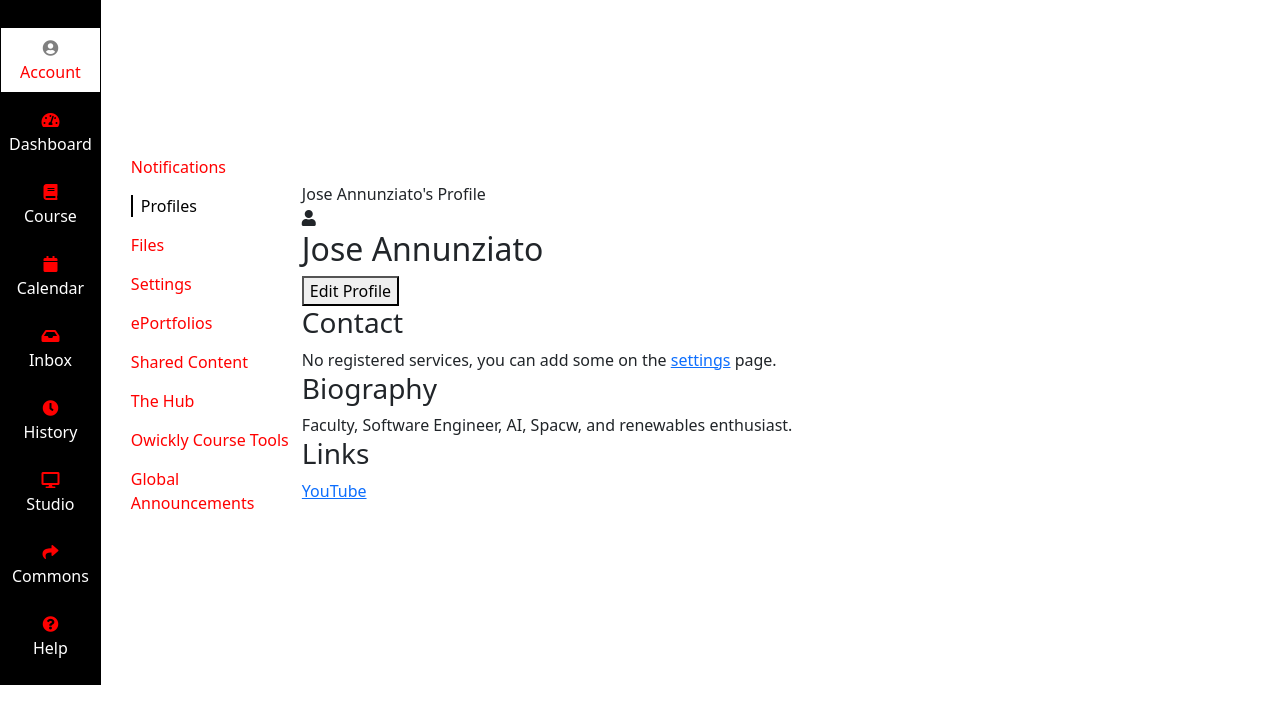
Repository: yuqiant/kanbas-react-web-app
Page: public/kanbas/profile/index.html
These files come from the project's save history. The page is drawn as it stood at one moment and after the next save; the edit follows.
The browser window is 1280 px wide. The pictures show the whole page.

Above is the page before, as saved 2023-10-04 02:14:46.

### public/kanbas/profile/index.html
<!DOCTYPE html>
<html lang="en">

<head>
    <meta charset="UTF-8">
    <meta name="viewport" content="width=device-width, initial-scale=1.0">
    <title>Column Interaction</title>
    <link rel="stylesheet" href="../../vendors/fontawesome/css/all.min.css">
    <link rel="stylesheet" href="../../vendors/bootstrap/css/bootstrap.min.css" />
    <link href="../firstcol.css" rel="stylesheet" />
    <link href="../secondcol.css" rel="stylesheet" />
</head>

<body>
    <table>
        <tr>
            <td id="firstColumn">
                <ul>
                    <li class="active"><i class="fa fa-user-circle fa-inverse" style="color: grey;"></i><a
                            href="accountcol.html" style="color: red;">Account</a>
                    </li>
                    <li><i class="fas fa-tachometer-alt" style="color: red;"></i><a href="#">Dashboard</a></li>
                    <li><i class="fas fa-book" style="color: red;"></i><a href="coursecol.html">Course</a></li>
                    <li><i class="fas fa-calendar" style="color: red;""></i><a href=" #">Calendar</a></li>
                    <li><i class="fas fa-inbox" style="color: red;"></i><a href="#">Inbox</a></li>
                    <li><i class="fas fa-clock" style="color: red;"></i><a href="#">History</a></li>
                    <li><i class="fas fa-desktop" style="color: red;"></i><a href="#">Studio</a></li>
                    <li><i class="fas fa-share" style="color: red;"></i><a href="#">Commons</a></li>
                    <li><i class="fas fa-question-circle" style="color: red;"></i><a href="#">Help</a></li>
                </ul>
            </td>
            <td id="secondColumn">
                <ul>
                    <li><a href="#">Notifications</a></li>
                    <li class="active"><a href="profile/index.html">Profiles</a></li>
                    <li><a href="#">Files</a></li>
                    <li><a href="#">Settings</a></li>
                    <li><a href="#">ePortfolios</a></li>
                    <li><a href="#">Shared Content</a></li>
                    <li><a href="#">The Hub</a></li>
                    <li><a href="#">Owickly Course Tools</a></li>
                    <li><a href="#">Global Announcements</a></li>

                </ul>
            </td>
            <td id="thirdColumn">
                <div>Jose Annunziato's Profile</div>

                <i class="fa fa-user" aria-hidden="true"></i>

                <h2>Jose Annunziato</h2>
                <form action="edit.html" method="get">
                    <button type="edit">Edit Profile</button>
                </form>

                <h3>Contact</h3>
                <div>No registered services, you can add some on the <a href="#">settings</a> page.</div>

                <h3>Biography</h3>
                <div>Faculty, Software Engineer, AI, Spacw, and renewables enthusiast.</div>

                <h3>Links</h3>
                <div><a href="#">YouTube</a></div>

            </td>

        </tr>
    </table>

</body>

</html>

### public/kanbas/firstcol.css
.active {
    background-color: white;
    color: red;
}





#firstColumn {
    width: 80px;
    /* Adjust sidebar width as needed (between 75 and 85 pixels) */
    background-color: black;
    color: white;
    text-align: center;
    padding-top: 20px;
    /* Adjust top padding as needed */
}

/* Sidebar links styling */
#firstColumn ul {
    list-style-type: none;
    padding: 0;
}

#firstColumn li {
    margin: 8px 0;
    /* Adjust margin between links as needed (between 5 and 10 pixels) */
    padding: 8px;
    /* Adjust padding around links as needed (between 5 and 10 pixels) */
}



#firstColumn a {
    color: white;
    text-decoration: none;
    display: block;
}

/* Styling for active link */

### public/kanbas/secondcol.css
#secondColumn {
    width: 200px;
    /* background-color: #f5f5f5; */
    /* Background color for the sidebar */
    padding: 10px;
    border-left: 25px
}




#secondColumn a {
    color: red;
    /* 设置链接文本颜色为红色 */
    text-decoration: none;
    /* 去掉超链接下划线 */

}


ul {
    list-style: none;
    padding: 0;
}

#secondColumn li {
    margin-bottom: 15px;
    padding-left: 20px;
}

#secondColumn li.active a {
    color: black;
    padding-left: 8px;

    /* 最小间距 */
    /* padding-right: 10px; */

    /* 最大间距 */
    border-left: 2px solid black;
}

Loaded but not shown: public/vendors/fontawesome/css/all.min.css (library); public/vendors/bootstrap/css/bootstrap.min.css (library)

After the next save:
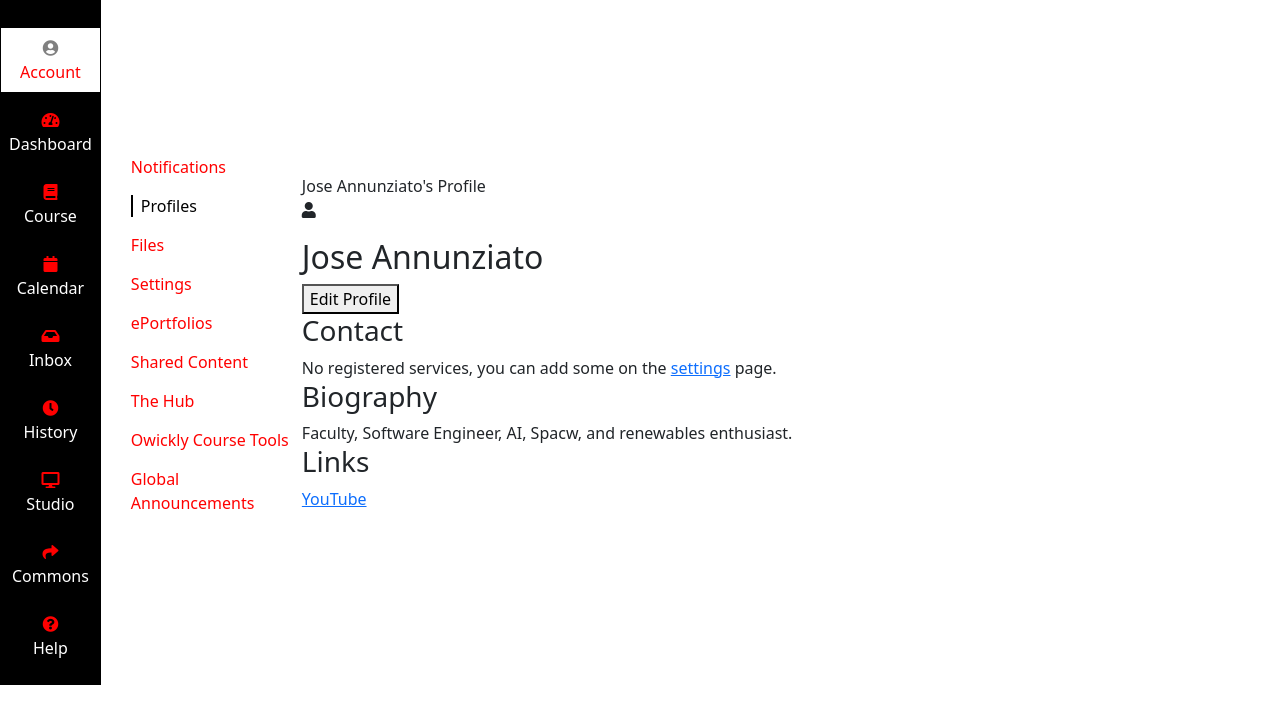
Saved 31 s later.
--- a/public/kanbas/profile/index.html
+++ b/public/kanbas/profile/index.html
@@ -45,8 +45,8 @@
             </td>
             <td id="thirdColumn">
                 <div>Jose Annunziato's Profile</div>
+                <ul><i class="fa fa-user" aria-hidden="true"></i></ul>
 
-                <i class="fa fa-user" aria-hidden="true"></i>
 
                 <h2>Jose Annunziato</h2>
                 <form action="edit.html" method="get">
